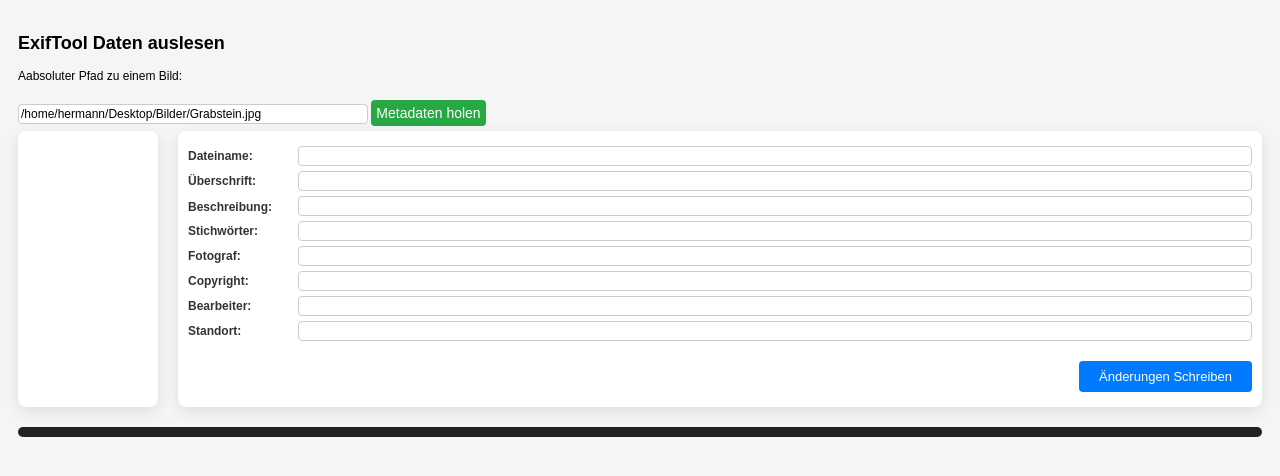
Repository: h-fahle/metadata
Page: ui/index.html
These files come from the project's save history. The page is drawn as it stood at one moment and after the next save; the edit follows.
The browser window is 1280 px wide. The pictures show the whole page.

Above is the page before, as saved 2026-08-16 11:30:51.

After the next save:
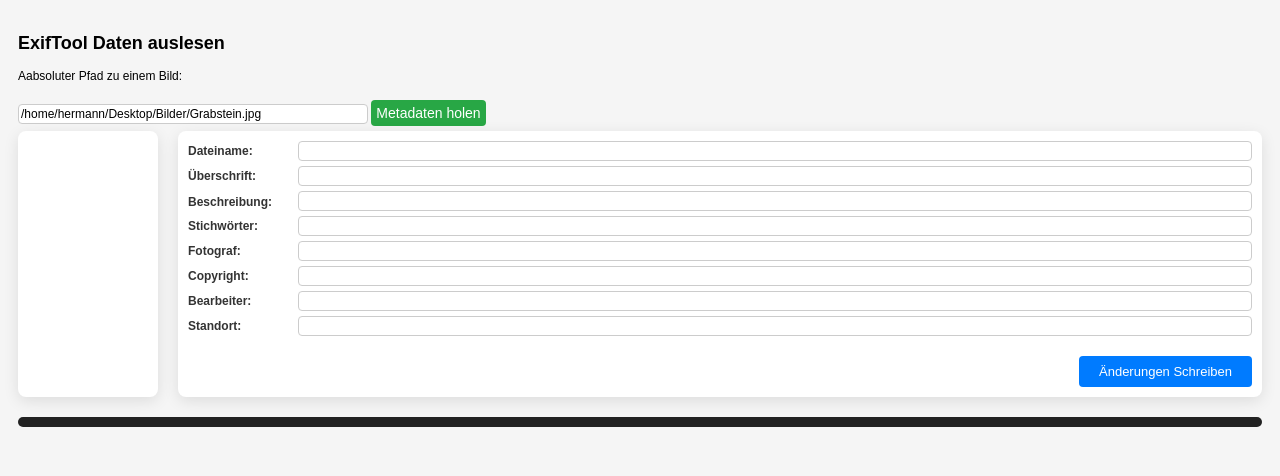
Saved 3 min 12 s later.
--- a/ui/style.css
+++ b/ui/style.css
@@ -52,7 +52,7 @@ input#bildpfad {
 	width: 140px;
 	display: flex;
 	justify-content: center;
-	 align-items: flex-start;
+	align-items: flex-start;
 	padding-top: 5px;
 	background-color: #ffffff;
 	border-radius: 8px;   /* Schöne abgerundete Ecken */
@@ -67,7 +67,7 @@ input#bildpfad {
 form {
 	flex-grow: 1;
 	margin: 0;
-	padding: 10px;
+	padding: 5px 10px;
 	background-color: #ffffff;
 	border-radius: 8px;
 	box-shadow: 0 4px 15px rgba(0, 0, 0, 0.1);
